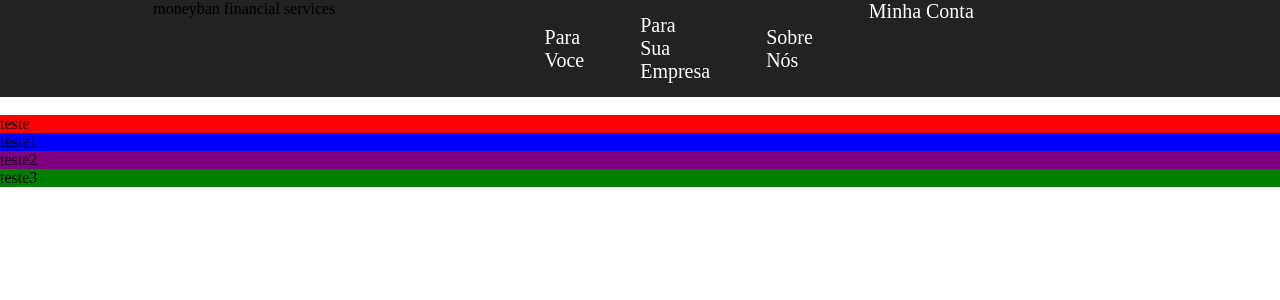
Repository: IvanCardoso91/moneyban
Page: index.html
The author's editor kept a copy of each file at every save. The page is drawn from the files as they stood at one save, then again after the next save.
The browser window is 1280 px wide. The pictures show the whole page.
Some web fonts or font styles are not loaded; a fallback is used.

Above is the page before, as saved 2020-12-12 17:12:57.

### index.html
<!DOCTYPE html>
<html lang="en">

<head>
    <meta charset="UTF-8">
    <meta name="viewport" content="width=device-width, initial-scale=1.0">
    <link rel="stylesheet" href="./style/main-style.css" type="text/css">
    <title>Moneyban</title>
    <div class="menu-box">
        <div class="site-title">
            <span>moneyban</span>
            <span>financial services</span>
        </div>
        <div class="menu-options">
            <span class="menu-options-text">Para Voce</span>
            <span class="menu-options-text">Para Sua Empresa</span>
            <span class="menu-options-text">Sobre Nós</span>
            <span class="menu-options-my-account">Minha Conta</span>
        </div>
    </div>
</head>

<body>
    <br>
    <div id='teste' class="teste">teste</div>
    <div class="teste1">teste1</div>
    <div class="teste2">teste2</div>
    <div class="teste3">teste3</div>
    <script type="text/javascript" src="./script/main-index.js"></script>
</body>

</html>

### style/main-style.css
@font-face {
    font-family: 'Century Gothic';
    src: url('/Repositorios/site-moneyban/assets/fonts/Century_Gothic.ttf')
}

body {
    margin: 0px;
}

.menu-box {
    background-color: #222222;
    width: 100%;
    display: flex;
    flex-direction: row;
    justify-content: space-evenly;
    height: 97px;
}

.menu-options {
    display: flex;
    align-items: center;
    justify-content: flex-end;
}

.menu-options-text {
    color: #FFFFFF;
    font-size: 20px;
    font-family: 'Century Gothic';
    padding-left: 56px;
}

.menu-options-my-account {
    color: #FFFFFF;
    font-size: 20px;
    font-family: 'Century Gothic';
    padding-left: 56px;
    height: 100%;
    width: 100%;
}

.teste {
    background-color: red;
}

.teste1 {
    background-color: blue;
}

.teste2 {
    background-color: purple;
}

.teste3 {
    background-color: green;
}

### script/main-index.js
const element = document.getElementById('teste')
console.log('teste', element)

After the next save:
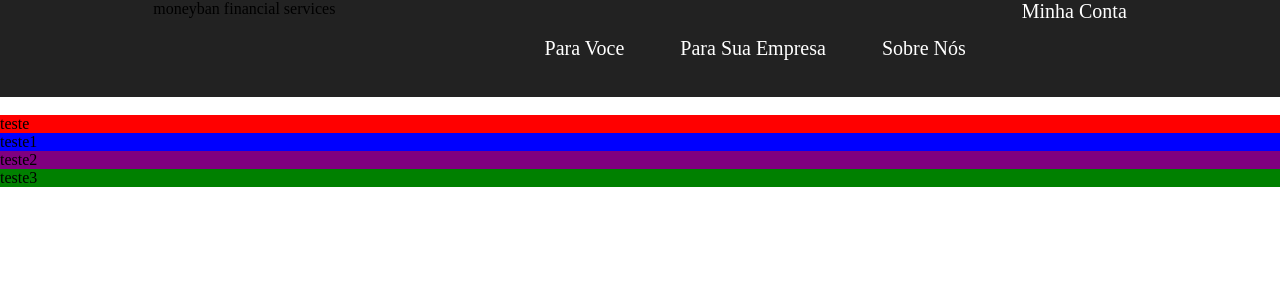
Saved 44 s later.
--- a/style/main-style.css
+++ b/style/main-style.css
@@ -35,7 +35,7 @@ body {
     font-family: 'Century Gothic';
     padding-left: 56px;
     height: 100%;
-    width: 100%;
+    align-items: center;
 }
 
 .teste {
